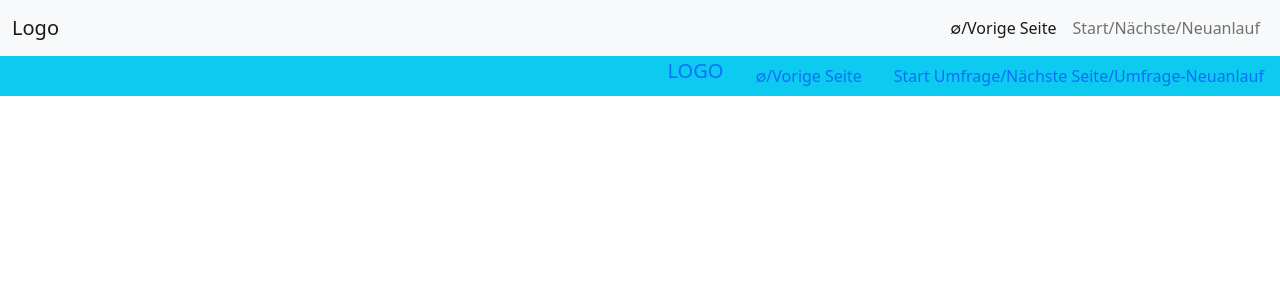
Repository: stephane71183101/Stephane-Personal-Health-Survey
Page: http://localhost/form-q01-start-page.php
These files come from the project's save history. The page is drawn as it stood at one moment and after the next save; the edit follows.
The browser window is 1280 px wide. The pictures show the whole page.
The page is run by PHP 8.4 with error messages shown; the project is at /var/www/html/.

Above is the page before, as saved 2022-03-15 14:19:20.

### form-q01-start-page.php
<!DOCTYPE html>
<html lang="en">
<head>
    <meta charset="UTF-8">
    <meta http-equiv="X-UA-Compatible" content="IE=edge">
    <meta name="viewport" content="width=device-width, initial-scale=1.0">
    <title>Document</title>
    <link href="https://cdn.jsdelivr.net/npm/bootstrap@5.1.3/dist/css/bootstrap.min.css" rel="stylesheet" integrity="sha384-1BmE4kWBq78iYhFldvKuhfTAU6auU8tT94WrHftjDbrCEXSU1oBoqyl2QvZ6jIW3" crossorigin="anonymous">
    <script src="https://cdn.jsdelivr.net/npm/bootstrap@5.1.3/dist/js/bootstrap.bundle.min.js" integrity="sha384-ka7Sk0Gln4gmtz2MlQnikT1wXgYsOg+OMhuP+IlRH9sENBO0LRn5q+8nbTov4+1p" crossorigin="anonymous"></script>
</head>

<header>
<nav class="navbar navbar-expand-lg navbar-light bg-light">
  <div class="container-fluid">
    <a class="navbar-brand" href="#">Logo</a>

    <div class="nav justify-content-end" id="navbarNav">
      <ul class="navbar-nav">
        <li class="nav-item">
          <a class="nav-link active" aria-current="page" href="#">&#8709;/Vorige Seite</a>
        </li>
        <li class="nav-item">
          <a class="nav-link" href="#">Start/Nächste/Neuanlauf</a>
        </li>
      </ul>
    </div>
  </div>
</nav>

<div>
<ul class="nav justify-content-end bg-info">
  <li class="nav-item">
    <a class="navbar-brand" href="#">LOGO</a>
    </li>
  <li class="nav-item">
    <a class="nav-link" href="#">&#8709;/Vorige Seite</a>
    </li>
  <li class="nav-item">
    <a class="nav-link" href="#">Start Umfrage/Nächste Seite/Umfrage-Neuanlauf</a>
</li>
</div>
</header>

<body>

</body>

<footer>
</footer>

</html>

After the next save:
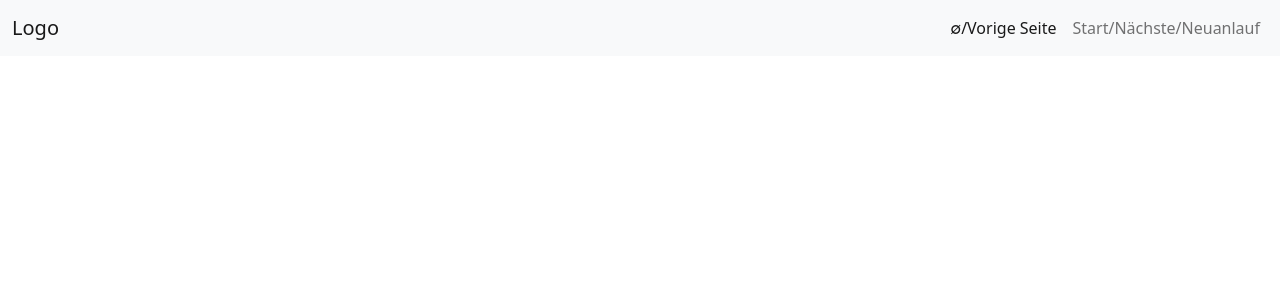
Saved 37 s later.
--- a/form-q01-start-page.php
+++ b/form-q01-start-page.php
@@ -13,8 +13,7 @@
 <nav class="navbar navbar-expand-lg navbar-light bg-light">
   <div class="container-fluid">
     <a class="navbar-brand" href="#">Logo</a>
-
-    <div class="nav justify-content-end" id="navbarNav">
+        <div class="nav justify-content-end" id="navbarNav">
       <ul class="navbar-nav">
         <li class="nav-item">
           <a class="nav-link active" aria-current="page" href="#">&#8709;/Vorige Seite</a>
@@ -27,18 +26,6 @@
   </div>
 </nav>
 
-<div>
-<ul class="nav justify-content-end bg-info">
-  <li class="nav-item">
-    <a class="navbar-brand" href="#">LOGO</a>
-    </li>
-  <li class="nav-item">
-    <a class="nav-link" href="#">&#8709;/Vorige Seite</a>
-    </li>
-  <li class="nav-item">
-    <a class="nav-link" href="#">Start Umfrage/Nächste Seite/Umfrage-Neuanlauf</a>
-</li>
-</div>
 </header>
 
 <body>
